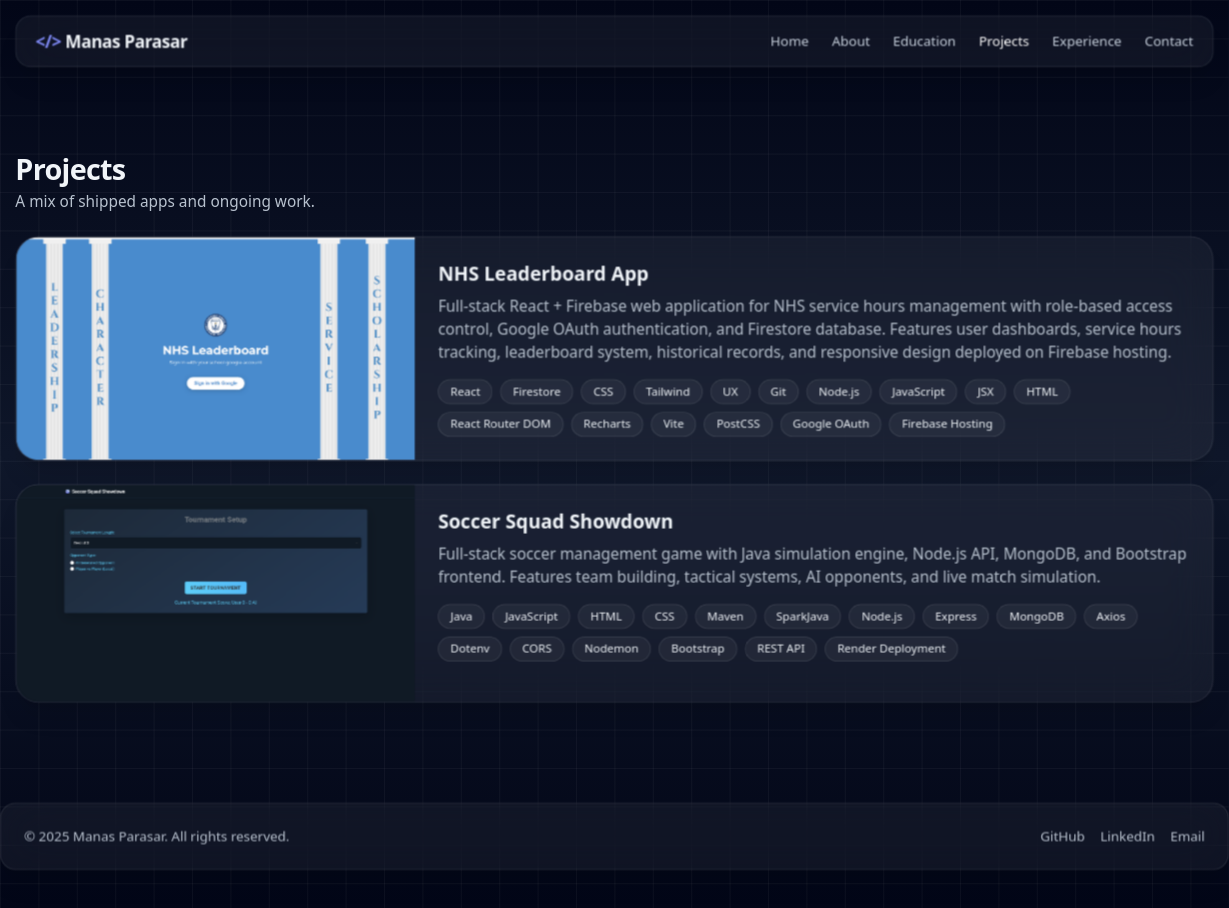
Repository: Manas-Parasar/portfolio-manas-parasar
Page: /projects
An editor plug-in stored every save of this project. The page is shown before and after the next save, followed by the edit.
The browser window is 1280 px wide. The pictures show the whole page, at 96% of full size.
The project was rebuilt for these pictures with package versions that can differ from the ones it lists, and the page was loaded fresh each time. Also part of the build but not shown: vite.config.js, src/components/Hero.jsx, src/pages/Home.jsx, src/pages/About.jsx, src/components/TimelineItem.jsx, src/pages/Experience.jsx, src/pages/Contact.jsx. Imported but missing from the stored project, and not drawn on this page: src/assets/Manas Parasar Resume.pdf.

Above is the page before, as saved 2025-10-12 23:08:49.

After the next save:
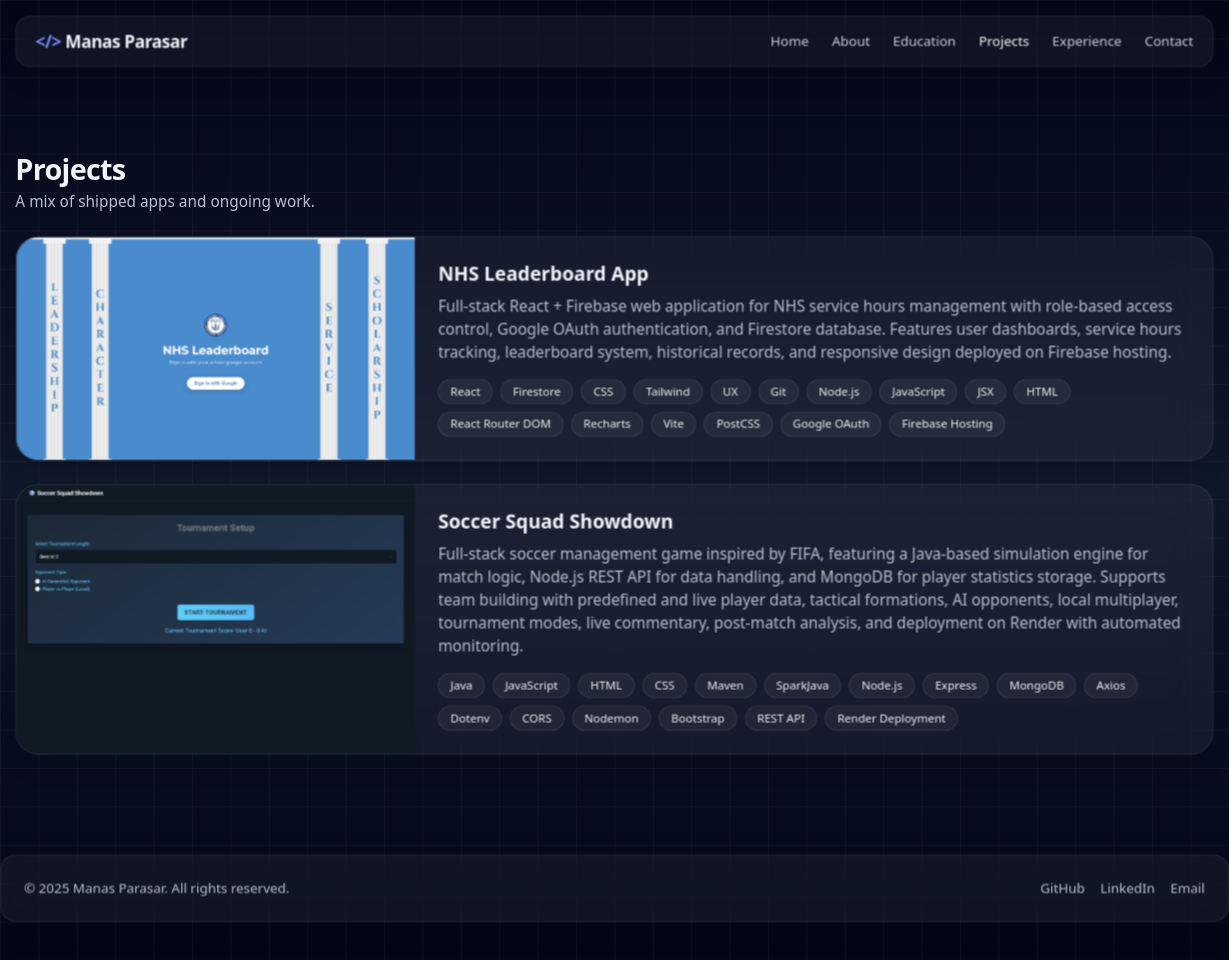
Saved 6 min 4 s later.
--- a/src/pages/Projects.jsx
+++ b/src/pages/Projects.jsx
@@ -31,7 +31,7 @@ export default function Projects() {
     },
     {
       title: "Soccer Squad Showdown",
-      desc: "Full-stack soccer management game with Java simulation engine, Node.js API, MongoDB, and Bootstrap frontend. Features team building, tactical systems, AI opponents, and live match simulation.",
+      desc: "Full-stack soccer management game inspired by FIFA, featuring a Java-based simulation engine for match logic, Node.js REST API for data handling, and MongoDB for player statistics storage. Supports team building with predefined and live player data, tactical formations, AI opponents, local multiplayer, tournament modes, live commentary, post-match analysis, and deployment on Render with automated monitoring.",
       tags: [
         "Java",
         "JavaScript",
